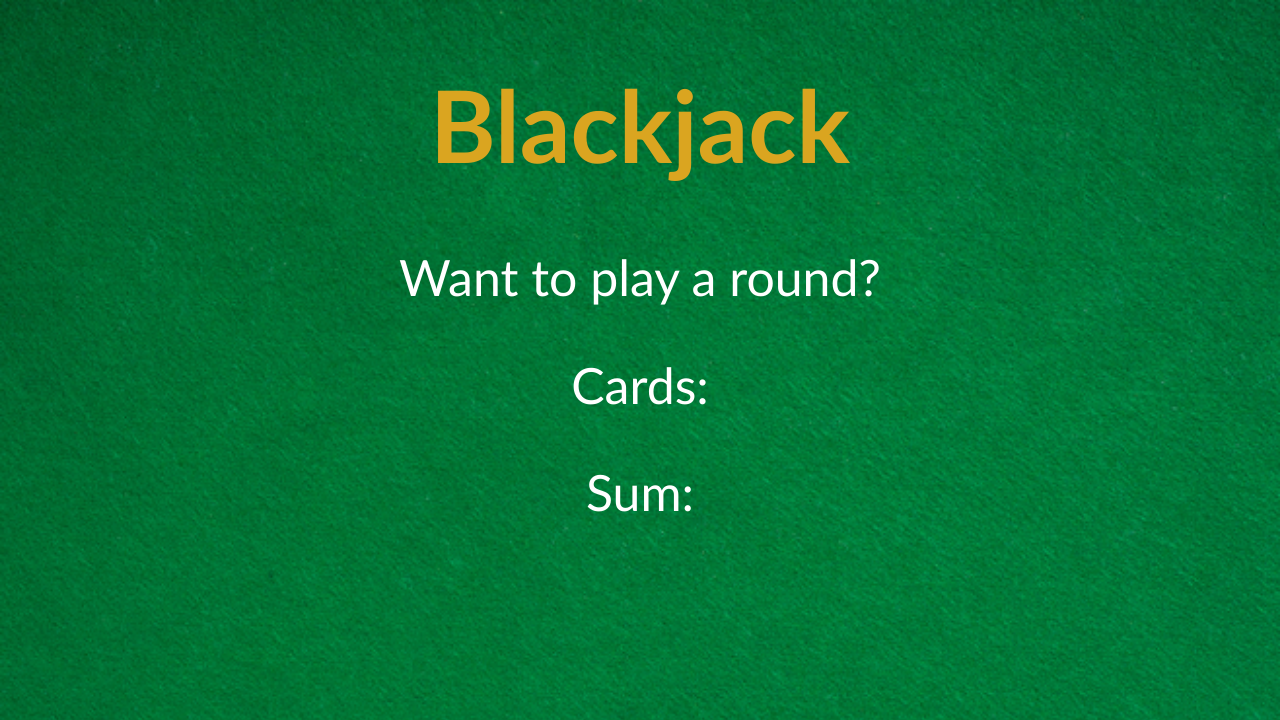
Repository: jt010051/JavaScriptBlackJack
Page: index.html
The author's editor kept a copy of each file at every save. The page is drawn from the files as they stood at one save, then again after the next save.
The browser window is 1280 px wide. The pictures show the whole page.

Above is the page before, as saved 2022-02-26 17:50:42.

After the next save:
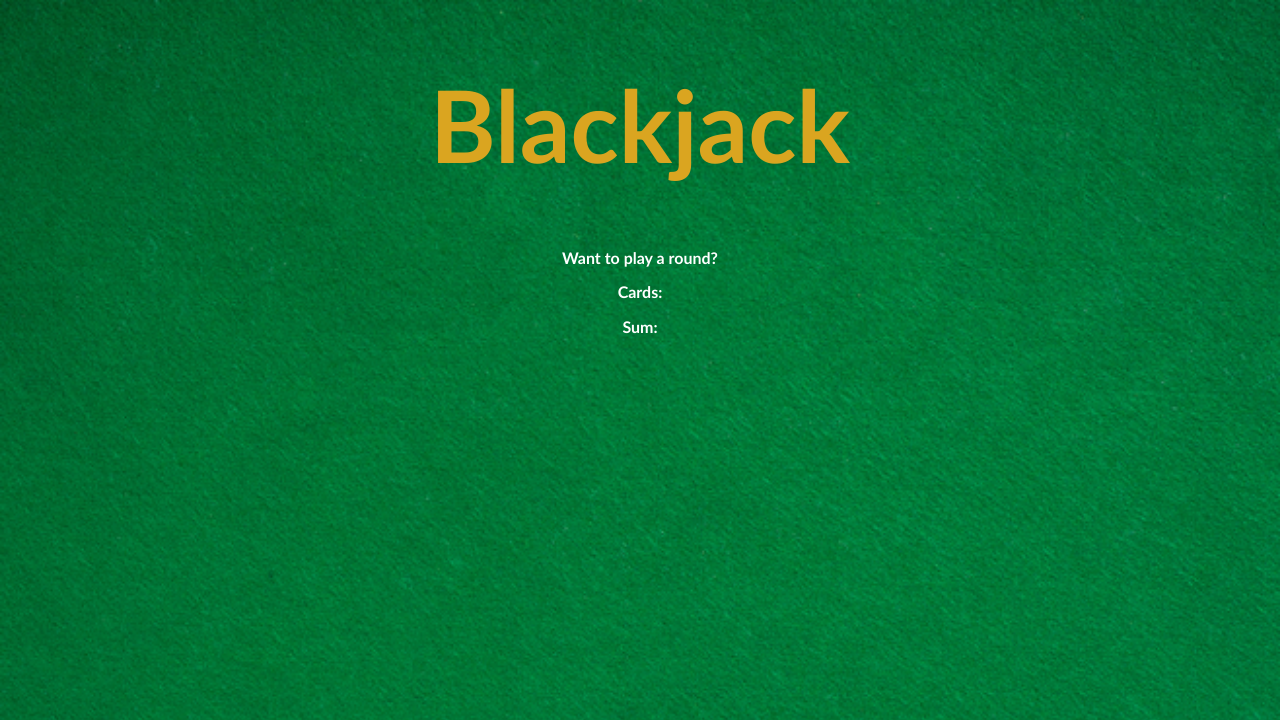
Saved 36 s later.
--- a/index.css
+++ b/index.css
@@ -7,7 +7,7 @@ body {
   text-align: center;
   color: white;
 
-  font-size: 50px;
+  font-weight: bold;
 
 }
 
